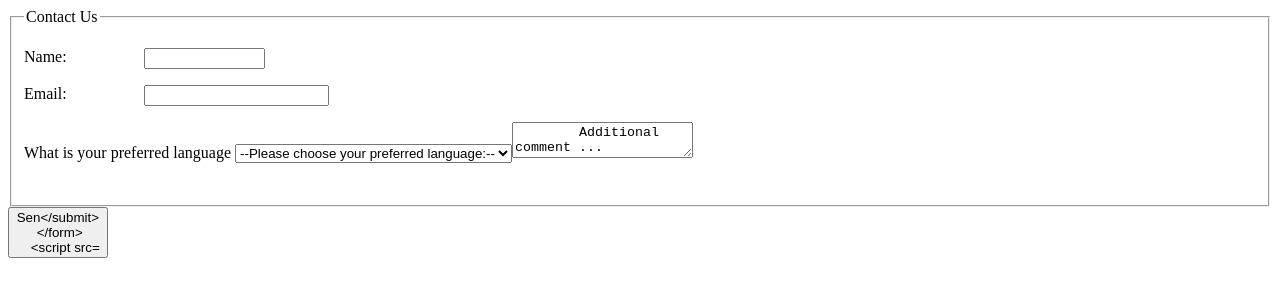
Repository: samuraijane/dc-builders
Page: week6/1-tuesday/homework/exercise2/index.html
These files come from the project's save history. The page is drawn as it stood at one moment and after the next save; the edit follows.
The browser window is 1280 px wide. The pictures show the whole page.

Above is the page before, as saved 2020-08-13 19:06:00.

### week6/1-tuesday/homework/exercise2/index.html
<!doctype html>

<html lang="en">
  <head>
    <meta charset="utf-8">
    <title>Week6 – Tuesday Homework Exercise 2</title>
    <meta name="description" content="Week6 – Tuesday Homework Exercise 2">
    <meta name="author" content="<yourNameGoesHere>">
    <link rel="stylesheet" href="style.css">
  </head>

  <body>
   <form onsubmit="alert('hello')">
    <fieldset>
      <legend>Contact Us</legend>
      <p>
        <label for="name"> Name: </label>
        <input type="text" id="name" name="name" required
                minlength="4" maxlength="10" size="12">
      </p>
      <p>
        <label for="email"> Email: </label>
        <input type="email" id="email" name="email" required>
      </p>
      <label for="language-select"> What is your preferred language </label>
      <select name="language" id="language-select">
        <option value="" disabled selected>--Please choose your preferred language:--</option>
        <option value="action">English</option>
        <option value="adventure">Spanish</option>
        <option value="comedy">French</option>
        <label for="additional-input"> Please provide additional details: </label>
        <p>
          <textarea id="additional-input" name="additional-input">
        Additional comment ...
          </textarea>
        </p>
    </fieldset>

    <input type="submit" value="Sen</submit>
  </form>
    <script src="script.js"></script>
  </body>
</html>

### week6/1-tuesday/homework/exercise2/style.css
label {
    min-width: 120px;
}

p {
    display: flex;
}

After the next save:
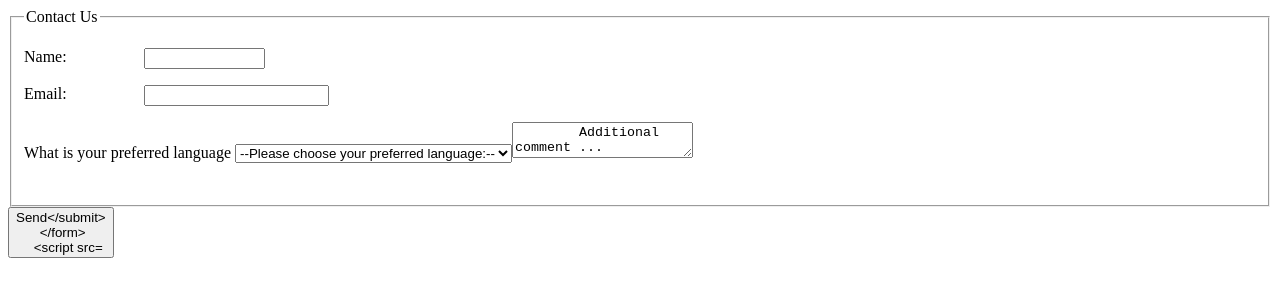
Saved 5 s later.
--- a/week6/1-tuesday/homework/exercise2/index.html
+++ b/week6/1-tuesday/homework/exercise2/index.html
@@ -36,7 +36,7 @@
         </p>
     </fieldset>
 
-    <input type="submit" value="Sen</submit>
+    <input type="submit" value="Send</submit>
   </form>
     <script src="script.js"></script>
   </body>
